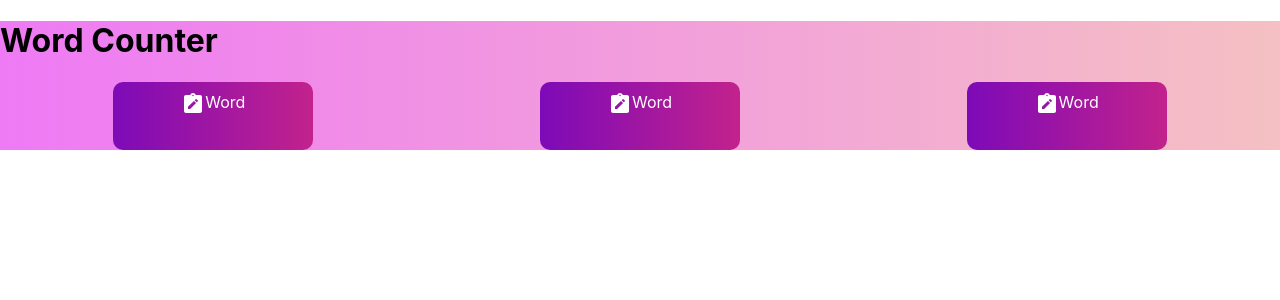
Repository: 123cuongcao/nopbai-basic
Page: /
These files come from the project's save history. The page is drawn as it stood at one moment and after the next save; the edit follows.
The browser window is 1280 px wide. The pictures show the whole page.
The project was rebuilt for these pictures with package versions that can differ from the ones it lists, and the page was loaded fresh each time.

Above is the page before, as saved 2023-08-15 11:21:37.

### src/App.js
import logo from './logo.svg';
// import './App.css';
import Index from './components';

function App() {
  return (
    <>
      <Index/>
    </>
  );
}

export default App;

### src/components/index.jsx
import React from "react";
import Box from "./views/box";

export default function Index() {
  return (
    <div
      style={{
        background: "linear-gradient(to right,#e002ec86,#f3b6b9db",
        display:''

      }}
    >
        <h1 >Word Counter</h1>
      <div style={{display: "flex",justifyContent:'space-around'}} >
        <Box />
        <Box />
        <Box />
      </div>
    </div>
  );
}

### src/components/views/box.jsx
import React from 'react'
import NoteAltIcon from '@mui/icons-material/NoteAlt';

export default function Box() {
  return (
    <div style={{background:'linear-gradient(to right,#7D0AB8,#C2228C',width:'200px',display:'flex',justifyContent:'center',color:'#ffff',borderRadius:'10px'}}>
      <div style={{display:'flex',padding:"10px 30px 30px 30px"}}>
      <span><NoteAltIcon/></span>
      <span>Word</span>
      </div>


    </div>
  )
}

Loaded but not shown: public/index.html (common file); src/index.js (common file); src/index.css (common file); src/reportWebVitals.js (common file)

After the next save:
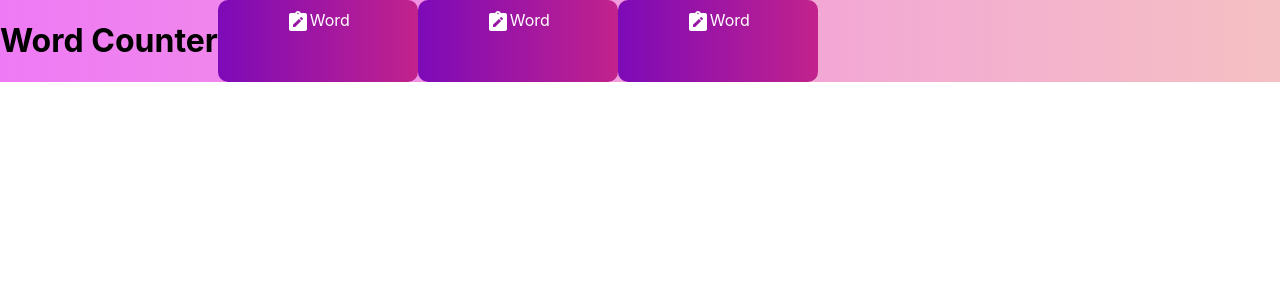
Saved 15 s later.
--- a/src/components/index.jsx
+++ b/src/components/index.jsx
@@ -6,7 +6,7 @@
     <div
       style={{
         background: "linear-gradient(to right,#e002ec86,#f3b6b9db",
-        display:''
+        display:'flex'
 
       }}
     >
